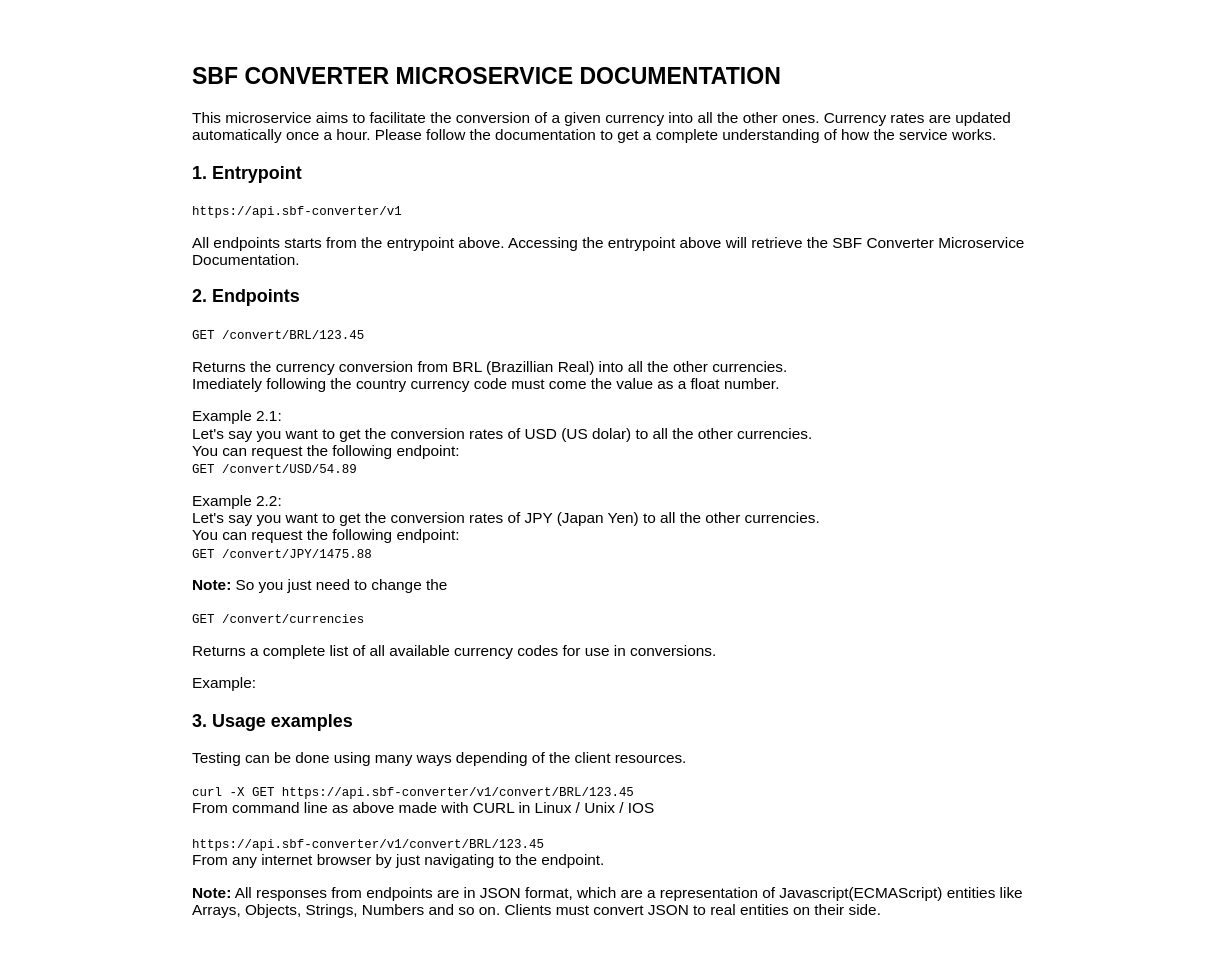
Repository: miguelamello/nestjs-restful-api
Page: documentation.html
These files come from the project's save history. The page is drawn as it stood at one moment and after a run of saves; the edit follows.
The browser window is 1280 px wide. The pictures show the whole page, at 96% of full size.

Above is the page before, as saved 2023-03-21 22:39:47.

### documentation.html
<!DOCTYPE html>
<html lang="en">
<head>
  <meta charset="UTF-8">
  <meta http-equiv="X-UA-Compatible" content="IE=edge">
  <meta name="viewport" content="width=device-width, initial-scale=1.0">
  <title>SBF Converter Documentation</title>
  <style>
    body {
      font-family: Arial, Helvetica, sans-serif;
      padding: 3% 15%;
    }
  </style>
</head>
<body>
  <h2>SBF CONVERTER MICROSERVICE DOCUMENTATION</h2>
  <p>
    This microservice aims to facilitate the conversion of a given currency
    into all the other ones. Currency rates are updated automatically once a hour.
    Please follow the documentation to get a complete understanding of how the service works.
  </p>

  <h3>1. Entrypoint</h3>
  <code>https://api.sbf-converter/v1</code>
  <p>
    All endpoints starts from the entrypoint above. Accessing the entrypoint
    above will retrieve the SBF Converter Microservice Documentation.
  </p>

  <h3>2. Endpoints</h3>
  <p>
    <code>GET /convert/BRL/123.45</code>
    <div>Returns the currency conversion from BRL (Brazillian Real) into all the other currencies.</div>
    <div>Imediately following the country currency code must come the value as a float number.</div>

    <p>
      <div>Example 2.1:</div>
      <div>Let's say you want to get the conversion rates of USD (US dolar) to all the other currencies.</div>
      <div>You can request the following endpoint:</div>
      <code>GET /convert/USD/54.89</code>
    </p>

    <p>
      <div>Example 2.2:</div>
      <div>Let's say you want to get the conversion rates of JPY (Japan Yen) to all the other currencies.</div>
      <div>You can request the following endpoint:</div>
      <code>GET /convert/JPY/1475.88</code>
    </p>

    <p><b>Note:</b> So you just need to change the </p>
  </p>

  <p>
    <code>GET /convert/currencies</code>
    <div>Returns a complete list of all available currency codes for use in conversions.</div>

    <p>Example:</p>
  </p>

  <h3>3. Usage examples</h3>

  <p>Testing can be done using many ways depending of the client resources.</p>

  <code>curl -X GET https://api.sbf-converter/v1/convert/BRL/123.45</code>
  <div>From command line as above made with CURL in Linux / Unix / IOS</div>
  <br>
  <code>https://api.sbf-converter/v1/convert/BRL/123.45</code>
  <div>From any internet browser by just navigating to the endpoint.</div>

  <p>
    <b>Note:</b> All responses from endpoints are in JSON format, which are a
    representation of Javascript(ECMAScript) entities like Arrays, Objects,
    Strings, Numbers and so on. Clients must convert JSON to real entities
    on their side.
  </p>

</body>
</html>

After the next 3 saves:
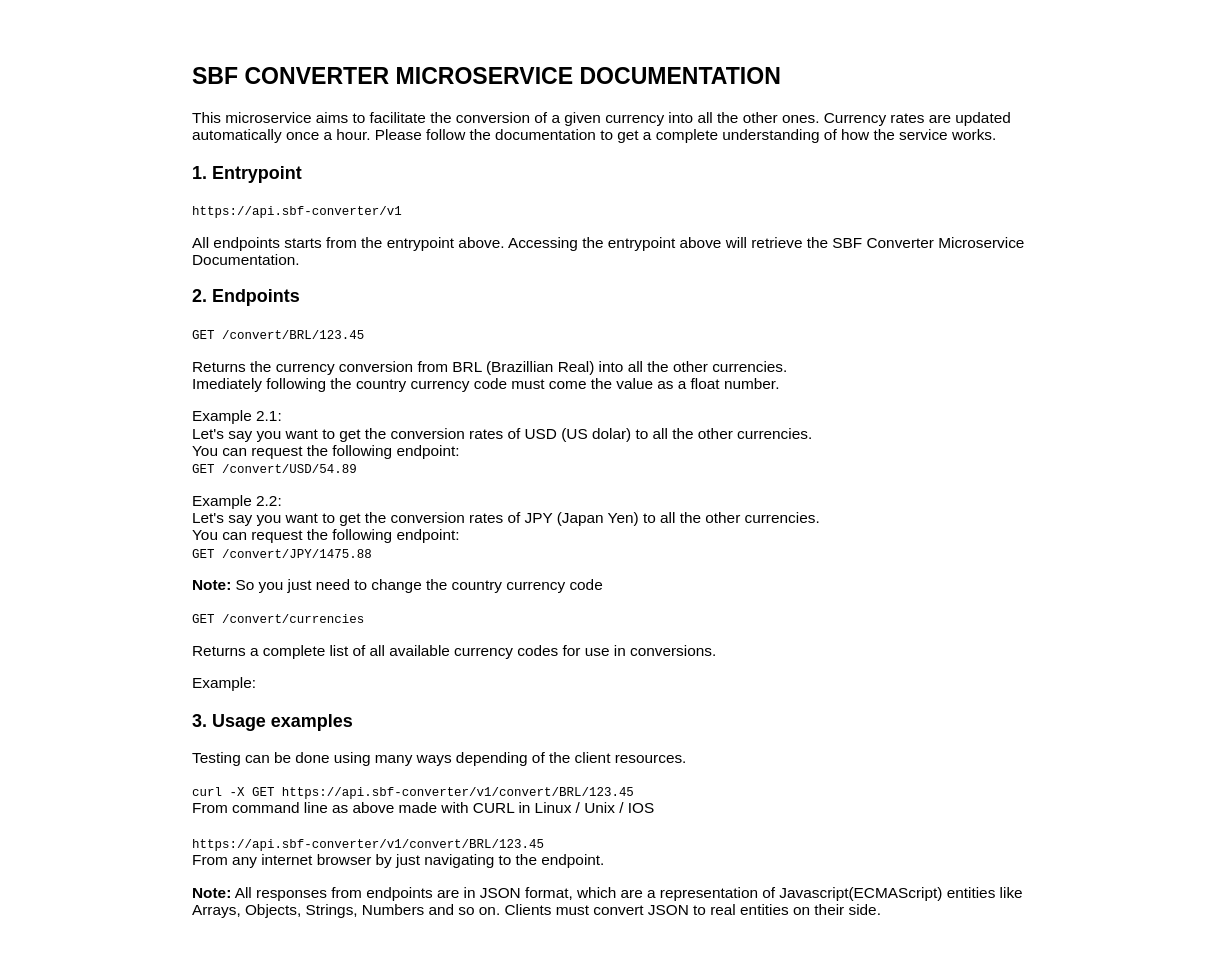
The 3 saves are shown as one change because they came seconds apart.
The last was saved 20 s later.
--- a/documentation.html
+++ b/documentation.html
@@ -47,7 +47,7 @@
       <code>GET /convert/JPY/1475.88</code>
     </p>
 
-    <p><b>Note:</b> So you just need to change the </p>
+    <p><b>Note:</b> So you just need to change the country currency code </p>
   </p>
 
   <p>
